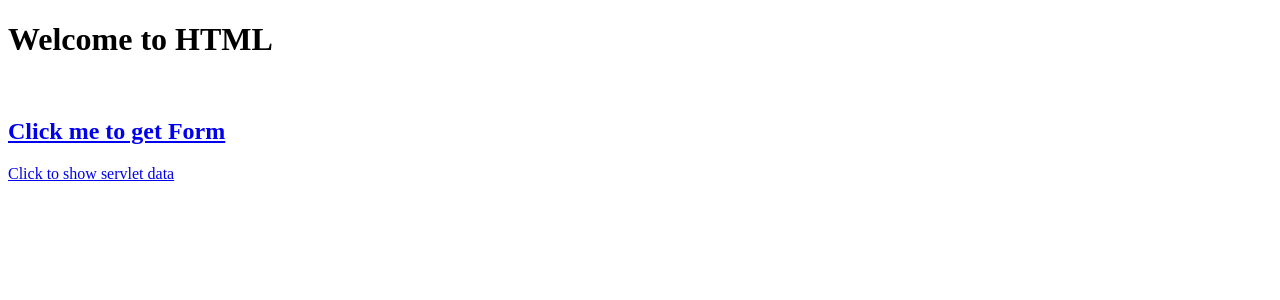
Repository: ShashantNagpure/AllProjects
Page: MyApplication/WebContent/index.html
An editor plug-in stored every save of this project. The page is shown before and after the next save, followed by the edit.
The browser window is 1280 px wide. The pictures show the whole page.

Above is the page before, as saved 2018-09-17 10:39:55.

After the next save:
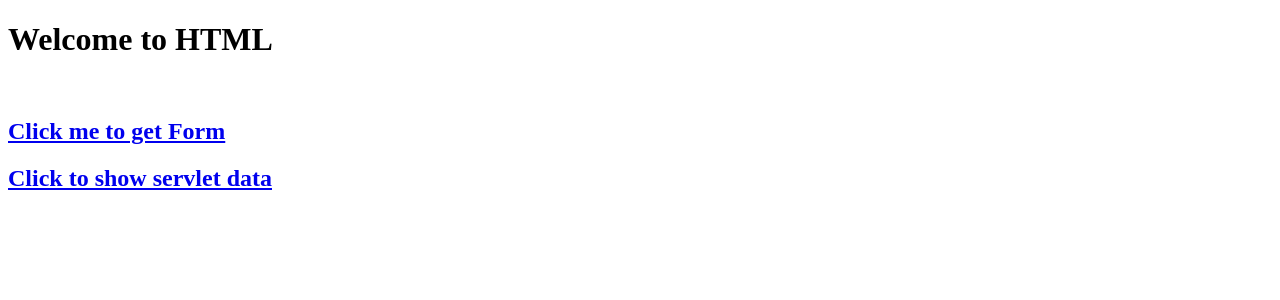
Saved 5 s later.
--- a/MyApplication/WebContent/index.html
+++ b/MyApplication/WebContent/index.html
@@ -8,6 +8,6 @@
 <h1>Welcome to HTML</h1>
 <br>
 <H2><a href="form.html">Click me to get Form</a></H2>
-<H2></H2><a href="show">Click to show servlet data</a></H2>
+<H2><a href="show">Click to show servlet data</a></H2>
 </body>
 </html>
